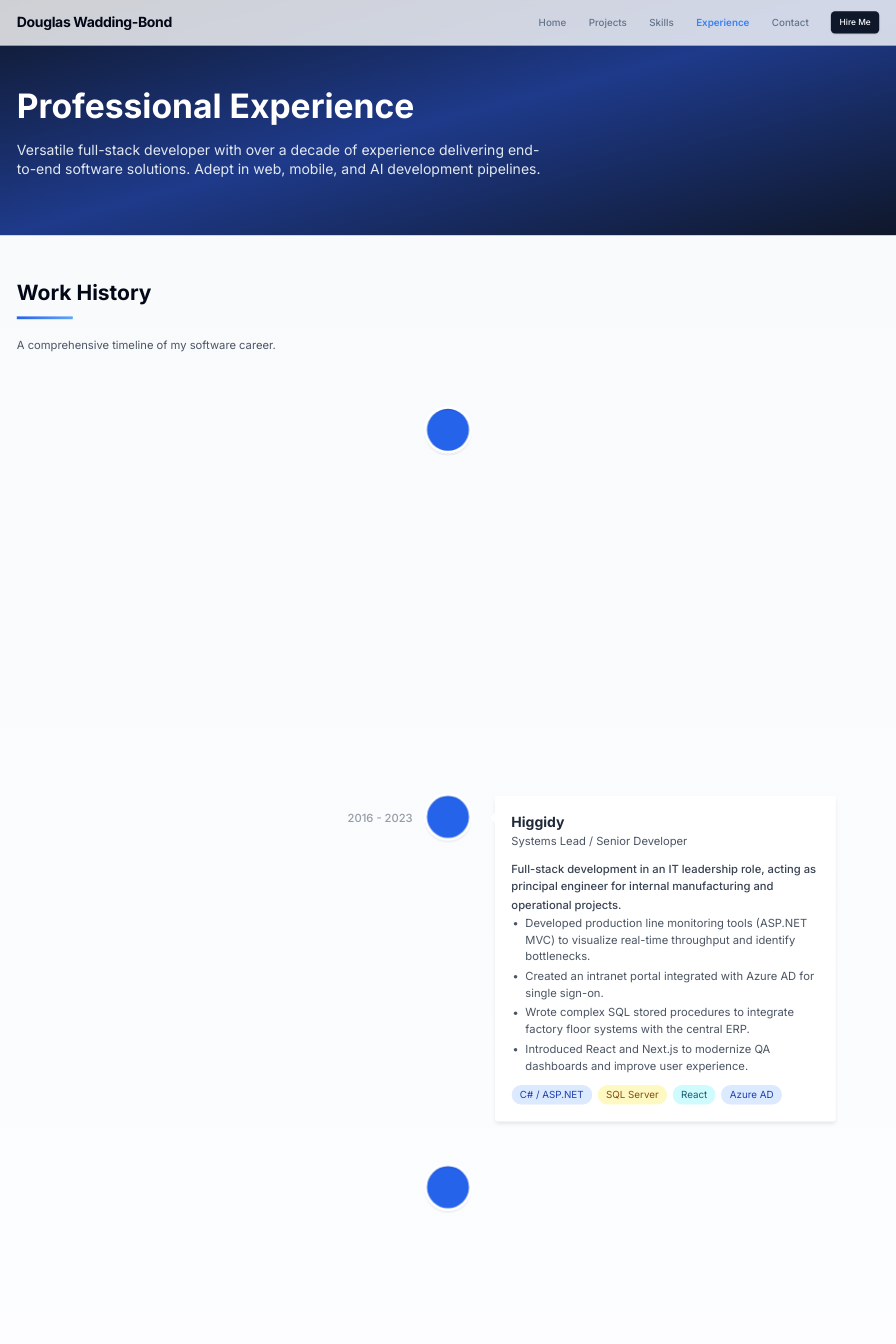
Repository: DaLexisX/WaddingBondWebsite
Page: /experience
These files come from the project's save history. The page is drawn as it stood at one moment and after the next save; the edit follows.
The browser window is 1280 px wide. The pictures show the part of the page from y = 0 to 1920 px (the page is 4797 px tall before and 4821 px after), at 70% of full size.
The project was rebuilt for these pictures with package versions that can differ from the ones it lists, and the page was loaded fresh each time. The framework's server and built-in components were replaced by stand-ins that run in the browser. Also part of the build but not shown: next.config.ts.

Above is the page before, as saved 2025-11-30 23:36:16.

### src/app/layout.tsx
import type { Metadata } from "next";
import { Inter } from "next/font/google";
import "./globals.css";
import { Navbar } from "@/components/Navbar";
import { Footer } from "@/components/Footer";
import { Toaster } from "@/components/ui/toaster";

const inter = Inter({ subsets: ["latin"] });

export const metadata: Metadata = {
  title: "Douglas Wadding-Bond | Senior Flutter & Mobile Developer",
  description: "Personal website of Douglas Wadding-Bond, showcasing skills, projects, and professional experience in Flutter and mobile development.",
};

export default function RootLayout({
  children,
}: Readonly<{
  children: React.ReactNode;
}>) {
  return (
    <html lang="en" className="scroll-smooth">
      <body className={inter.className}>
        <Navbar />
        <main className="min-h-screen">
            {children}
        </main>
        <Footer />
        <Toaster />
      </body>
    </html>
  );
}

### src/app/experience/page.tsx
'use client';

import React from 'react';
import Image from 'next/image';
import {
  VerticalTimeline,
  VerticalTimelineElement,
} from 'react-vertical-timeline-component';
import 'react-vertical-timeline-component/style.min.css';

export default function Experience() {
  return (
    <div className="min-h-screen">
      {/* Experience Hero Section */}
      <section className="relative bg-gradient-to-br from-slate-900 via-blue-900 to-slate-900 text-white pt-32 pb-20 overflow-hidden">
        <div className="absolute inset-0 bg-[url('/grid.svg')] bg-center opacity-20 [mask-image:linear-gradient(180deg,white,rgba(255,255,255,0))]" />
        <div className="container mx-auto px-6 relative z-10">
          <h1 className="text-4xl md:text-5xl font-bold mb-6">Professional Experience</h1>
          <p className="text-xl max-w-3xl text-slate-200">
            Versatile full-stack developer with over a decade of experience delivering end-to-end software solutions.
            Adept in web, mobile, and AI development pipelines.
          </p>
        </div>
      </section>

      {/* Timeline Section */}
      <section className="py-16 bg-gradient-to-b from-slate-50 to-white">
        <div className="container mx-auto px-6">
          <div className="flex flex-col md:flex-row mb-12">
            <div className="md:w-1/3 mb-8 md:mb-0">
              <h2 className="text-3xl font-bold mb-4">Work History</h2>
              <div className="w-20 h-1 bg-gradient-to-r from-blue-600 to-blue-400 mb-6"></div>
              <p className="text-gray-600 pr-6">
                A comprehensive timeline of my software career.
              </p>
            </div>
          </div>
          <VerticalTimeline lineColor="#2563eb">
            {/* CAFE:CONNECT */}
            <VerticalTimelineElement
              className="vertical-timeline-element--work"
              contentStyle={{ background: 'white', color: '#1f2937', boxShadow: '0 4px 6px -1px rgba(0, 0, 0, 0.1)' }}
              contentArrowStyle={{ borderRight: '7px solid white' }}
              date="2023 - Present"
              iconStyle={{ background: '#2563eb', color: '#fff' }}
            >
              <div>
                <h3 className="text-xl font-bold">CAFE:CONNECT</h3>
                <h4 className="text-gray-600 mb-4">Lead Developer & Architect</h4>
                <p className="text-gray-700 mb-4">
                  Designed and delivered a dual-purpose cloud platform for the hospitality sector, integrating a B2C digital loyalty app with a B2B Community Hub.
                </p>
                <ul className="list-disc pl-5 space-y-1 text-gray-600 mb-4">
                  <li>Engineered a high-availability hybrid architecture using Next.js on Google Cloud Run and Flutter for native mobile clients.</li>
                  <li>Built a serverless backend with Firebase, utilizing Firestore NoSQL data modeling and Atomic Transactions.</li>
                  <li>Implemented real-time data synchronization using Firestore Listeners and fan-out writes for notifications.</li>
                  <li>Established automated CI/CD pipelines using GitHub Actions for deployment to Cloud Run and GCP.</li>
                </ul>
                <div className="flex flex-wrap gap-2">
                  <span className="bg-blue-100 text-blue-800 px-3 py-1 rounded-full text-sm">Next.js 15</span>
                  <span className="bg-cyan-100 text-cyan-800 px-3 py-1 rounded-full text-sm">Flutter</span>
                  <span className="bg-orange-100 text-orange-800 px-3 py-1 rounded-full text-sm">Firebase</span>
                  <span className="bg-purple-100 text-purple-800 px-3 py-1 rounded-full text-sm">GCP</span>
                  <span className="bg-gray-100 text-gray-800 px-3 py-1 rounded-full text-sm">Docker</span>
                </div>
              </div>
            </VerticalTimelineElement>

            {/* Higgidy */}
            <VerticalTimelineElement
              className="vertical-timeline-element--work"
              contentStyle={{ background: 'white', color: '#1f2937', boxShadow: '0 4px 6px -1px rgba(0, 0, 0, 0.1)' }}
              contentArrowStyle={{ borderRight: '7px solid white' }}
              date="2016 - 2023"
              iconStyle={{ background: '#2563eb', color: '#fff' }}
            >
              <div>
                <h3 className="text-xl font-bold">Higgidy</h3>
                <h4 className="text-gray-600 mb-4">Systems Lead / Senior Developer</h4>
                <p className="text-gray-700 mb-4">
                  Full-stack development in an IT leadership role, acting as principal engineer for internal manufacturing and operational projects.
                </p>
                <ul className="list-disc pl-5 space-y-1 text-gray-600 mb-4">
                  <li>Developed production line monitoring tools (ASP.NET MVC) to visualize real-time throughput and identify bottlenecks.</li>
                  <li>Created an intranet portal integrated with Azure AD for single sign-on.</li>
                  <li>Wrote complex SQL stored procedures to integrate factory floor systems with the central ERP.</li>
                  <li>Introduced React and Next.js to modernize QA dashboards and improve user experience.</li>
                </ul>
                <div className="flex flex-wrap gap-2">
                  <span className="bg-blue-100 text-blue-800 px-3 py-1 rounded-full text-sm">C# / ASP.NET</span>
                  <span className="bg-yellow-100 text-yellow-800 px-3 py-1 rounded-full text-sm">SQL Server</span>
                  <span className="bg-cyan-100 text-cyan-800 px-3 py-1 rounded-full text-sm">React</span>
                  <span className="bg-blue-100 text-blue-800 px-3 py-1 rounded-full text-sm">Azure AD</span>
                </div>
              </div>
            </VerticalTimelineElement>

            {/* Loria Consulting */}
            <VerticalTimelineElement
              className="vertical-timeline-element--work"
              contentStyle={{ background: 'white', color: '#1f2937', boxShadow: '0 4px 6px -1px rgba(0, 0, 0, 0.1)' }}
              contentArrowStyle={{ borderRight: '7px solid white' }}
              date="2015 - 2016"
              iconStyle={{ background: '#2563eb', color: '#fff' }}
            >
              <div>
                <h3 className="text-xl font-bold">Loria Consulting</h3>
                <h4 className="text-gray-600 mb-4">Senior CRM Developer</h4>
                <p className="text-gray-700 mb-4">
                  Developed custom features and extensions for Sage CRM, translating complex client requirements into technical designs.
                </p>
                <ul className="list-disc pl-5 space-y-1 text-gray-600 mb-4">
                  <li>Built an inspection portal (jQuery/Bootstrap) allowing field engineers to input offline data and sync upon reconnection.</li>
                  <li>Automated data import/export by integrating Excel processing into CRM workflows using C# and VSTO.</li>
                  <li>Enhanced CRM reports and dashboards with custom SQL queries and ASP pages.</li>
                </ul>
                <div className="flex flex-wrap gap-2">
                  <span className="bg-green-100 text-green-800 px-3 py-1 rounded-full text-sm">Sage CRM</span>
                  <span className="bg-yellow-100 text-yellow-800 px-3 py-1 rounded-full text-sm">JavaScript</span>
                  <span className="bg-blue-100 text-blue-800 px-3 py-1 rounded-full text-sm">C#</span>
                  <span className="bg-gray-100 text-gray-800 px-3 py-1 rounded-full text-sm">VSTO</span>
                </div>
              </div>
            </VerticalTimelineElement>

            {/* Havas Helia */}
            <VerticalTimelineElement
              className="vertical-timeline-element--work"
              contentStyle={{ background: 'white', color: '#1f2937', boxShadow: '0 4px 6px -1px rgba(0, 0, 0, 0.1)' }}
              contentArrowStyle={{ borderRight: '7px solid white' }}
              date="2012 - 2015"
              iconStyle={{ background: '#2563eb', color: '#fff' }}
            >
              <div>
                <h3 className="text-xl font-bold">Havas Helia</h3>
                <h4 className="text-gray-600 mb-4">Senior Web Developer</h4>
                <p className="text-gray-700 mb-4">
                  Developed pixel-perfect web solutions for major enterprise clients like Dove, Nescafé, and EasyJet.
                </p>
                <ul className="list-disc pl-5 space-y-1 text-gray-600 mb-4">
                  <li>Built back-end systems for promotional campaigns using ASP.NET and MS SQL.</li>
                  <li>Implemented dynamic content for high-volume email campaigns reaching millions of customers.</li>
                  <li>Migrated legacy PHP/MySQL websites to ASP.NET platforms, improving security and stability.</li>
                  <li>Optimized performance to achieve sub-second load times despite heavy graphical content.</li>
                </ul>
                <div className="flex flex-wrap gap-2">
                  <span className="bg-orange-100 text-orange-800 px-3 py-1 rounded-full text-sm">HTML5/CSS3</span>
                  <span className="bg-blue-100 text-blue-800 px-3 py-1 rounded-full text-sm">ASP.NET</span>
                  <span className="bg-purple-100 text-purple-800 px-3 py-1 rounded-full text-sm">APIs</span>
                </div>
              </div>
            </VerticalTimelineElement>

            {/* SilentManager */}
            <VerticalTimelineElement
              className="vertical-timeline-element--work"
              contentStyle={{ background: 'white', color: '#1f2937', boxShadow: '0 4px 6px -1px rgba(0, 0, 0, 0.1)' }}
              contentArrowStyle={{ borderRight: '7px solid white' }}
              date="2009 - 2012"
              iconStyle={{ background: '#2563eb', color: '#fff' }}
            >
              <div>
                <h3 className="text-xl font-bold">SilentManager</h3>
                <h4 className="text-gray-600 mb-4">Senior Web Developer</h4>
                <p className="text-gray-700 mb-4">
                  Full-stack developer for interactive fantasy sports gaming platforms handling tens of thousands of concurrent users.
                </p>
                <ul className="list-disc pl-5 space-y-1 text-gray-600 mb-4">
                  <li>Programmed complex game logic and real-time leaderboards using C# and T-SQL.</li>
                  <li>Built and published a companion iOS app in Objective-C.</li>
                  <li>Implemented OAuth login flows (Facebook/Yahoo) to lower barriers to entry.</li>
                  <li>Developed internal admin tools for game operations and content moderation.</li>
                </ul>
                <div className="flex flex-wrap gap-2">
                  <span className="bg-blue-100 text-blue-800 px-3 py-1 rounded-full text-sm">Web Forms</span>
                  <span className="bg-gray-800 text-white px-3 py-1 rounded-full text-sm">iOS (Objective-C)</span>
                  <span className="bg-yellow-100 text-yellow-800 px-3 py-1 rounded-full text-sm">T-SQL</span>
                </div>
              </div>
            </VerticalTimelineElement>
          </VerticalTimeline>
        </div>
      </section>

      {/* Key Achievements Section */}
      <section className="py-16 bg-gradient-to-b from-white via-slate-50 to-slate-100">
        <div className="container mx-auto px-6">
          <div className="flex flex-col md:flex-row">
            <div className="md:w-1/3 mb-8 md:mb-0">
              <h2 className="text-3xl font-bold mb-4">Key Achievements</h2>
              <div className="w-20 h-1 bg-gradient-to-r from-blue-600 to-blue-400 mb-6"></div>
            </div>
            <div className="md:w-2/3">
              <div className="grid grid-cols-1 md:grid-cols-2 gap-8">

                <div className="bg-white p-6 rounded-xl shadow-lg border border-slate-200/50 hover:shadow-xl transition-shadow duration-300">
                  <div className="w-12 h-12 bg-blue-100 rounded-full flex items-center justify-center mb-4">
                    <svg xmlns="http://www.w3.org/2000/svg" className="h-6 w-6 text-blue-600" fill="none" viewBox="0 0 24 24" stroke="currentColor">
                      <path strokeLinecap="round" strokeLinejoin="round" strokeWidth={2} d="M19.428 15.428a2 2 0 00-1.022-.547l-2.384-.477a6 6 0 00-3.86.517l-.318.158a6 6 0 01-3.86.517L6.05 15.21a2 2 0 00-1.806.547M8 4h8l-1 1v5.172a2 2 0 00.586 1.414l5 5c1.26 1.26.367 3.414-1.415 3.414H4.828c-1.782 0-2.674-2.154-1.414-3.414l5-5A2 2 0 009 10.172V5L8 4z" />
                    </svg>
                  </div>
                  <h3 className="text-xl font-bold mb-2">Platform Launch</h3>
                  <p className="text-gray-600">
                    Successfully delivered the fully functional CAFE:CONNECT platform into production, leveraging modern serverless architecture and cross-platform mobile development.
                  </p>
                </div>

                <div className="bg-white p-6 rounded-xl shadow-lg border border-slate-200/50 hover:shadow-xl transition-shadow duration-300">
                  <div className="w-12 h-12 bg-green-100 rounded-full flex items-center justify-center mb-4">
                    <svg xmlns="http://www.w3.org/2000/svg" className="h-6 w-6 text-green-600" fill="none" viewBox="0 0 24 24" stroke="currentColor">
                      <path strokeLinecap="round" strokeLinejoin="round" strokeWidth={2} d="M13 10V3L4 14h7v7l9-11h-7z" />
                    </svg>
                  </div>
                  <h3 className="text-xl font-bold mb-2">Performance Optimization</h3>
                  <p className="text-gray-600">
                    Optimized inventory sync processes at Higgidy, cutting run time by 50%. Achieved sub-second load times for heavy graphical campaign sites at Havas Helia.
                  </p>
                </div>

                <div className="bg-white p-6 rounded-xl shadow-lg border border-slate-200/50 hover:shadow-xl transition-shadow duration-300">
                  <div className="w-12 h-12 bg-purple-100 rounded-full flex items-center justify-center mb-4">
                    <svg xmlns="http://www.w3.org/2000/svg" className="h-6 w-6 text-purple-600" fill="none" viewBox="0 0 24 24" stroke="currentColor">
                      <path strokeLinecap="round" strokeLinejoin="round" strokeWidth={2} d="M12 18h.01M8 21h8a2 2 0 002-2V5a2 2 0 00-2-2H8a2 2 0 00-2 2v14a2 2 0 002 2z" />
                    </svg>
                  </div>
                  <h3 className="text-xl font-bold mb-2">Mobile Development</h3>
                  <p className="text-gray-600">
                    Published native applications for various projects, ranging from Fantasy Sports (iOS/Objective-C) to hospitality rewards (Flutter/Dart).
                  </p>
                </div>

                <div className="bg-white p-6 rounded-xl shadow-lg border border-slate-200/50 hover:shadow-xl transition-shadow duration-300">
                  <div className="w-12 h-12 bg-orange-100 rounded-full flex items-center justify-center mb-4">
                    <svg xmlns="http://www.w3.org/2000/svg" className="h-6 w-6 text-orange-600" fill="none" viewBox="0 0 24 24" stroke="currentColor">
                      <path strokeLinecap="round" strokeLinejoin="round" strokeWidth={2} d="M9 12l2 2 4-4m5.618-4.016A11.955 11.955 0 0112 2.944a11.955 11.955 0 01-8.618 3.04A12.02 12.02 0 003 9c0 5.591 3.824 10.29 9 11.622 5.176-1.332 9-6.03 9-11.622 0-1.042-.133-2.052-.382-3.016z" />
                    </svg>
                  </div>
                  <h3 className="text-xl font-bold mb-2">Process Automation</h3>
                  <p className="text-gray-600">
                    Developed scheduled jobs and automated reporting tools that saved hours of manual work weekly for manufacturing and administrative teams.
                  </p>
                </div>
              </div>
            </div>
          </div>
        </div>
      </section>

      {/* Education & Certifications Section (Replaced Testimonials) */}
      <section className="py-16 bg-gradient-to-b from-slate-50 to-white">
        <div className="container mx-auto px-6">
          <div className="flex flex-col md:flex-row">
            <div className="md:w-1/3 mb-8 md:mb-0">
              <h2 className="text-3xl font-bold mb-4">Education & Certifications</h2>
              <div className="w-20 h-1 bg-gradient-to-r from-blue-600 to-blue-400 mb-6"></div>
            </div>
            <div className="md:w-2/3">
              <div className="space-y-6">

                <div className="bg-white p-6 rounded-xl shadow-lg border border-slate-200/50 hover:shadow-xl transition-shadow duration-300 flex items-start">
                  <div className="w-12 h-12 bg-blue-100 rounded-full flex-shrink-0 flex items-center justify-center mr-4 overflow-hidden">
                     <Image
                       src="/images/fip_logo.png"
                       alt="FIP Logo"
                       width={48}
                       height={48}
                       className="object-contain"
                     />
                  </div>
                  <div>
                    <h3 className="font-bold text-lg">Fellow of Information Privacy (FIP)</h3>
                    <p className="text-gray-600">IAPP</p>
                    <p className="text-gray-500 text-sm mt-1">Recognized for comprehensive knowledge in privacy laws and data protection.</p>
                  </div>
                </div>

                <div className="bg-white p-6 rounded-xl shadow-lg border border-slate-200/50 hover:shadow-xl transition-shadow duration-300 flex items-start">
                   <div className="w-12 h-12 bg-gray-100 rounded-full flex-shrink-0 flex items-center justify-center mr-4 overflow-hidden">
                     <Image
                       src="/images/cng.png"
                       alt="CNG Logo"
                       width={48}
                       height={48}
                       className="object-contain"
                     />
                  </div>
                  <div>
                    <h3 className="font-bold text-lg">BTEC Level 3 Diploma</h3>
                    <p className="text-gray-600">Aeronautical Engineering & General Engineering</p>
                  </div>
                </div>

                <div className="bg-white p-6 rounded-xl shadow-lg border border-slate-200/50 hover:shadow-xl transition-shadow duration-300 flex items-start">
                  <div className="w-12 h-12 bg-gray-100 rounded-full flex-shrink-0 flex items-center justify-center mr-4 overflow-hidden">
                     <Image
                       src="/images/cng.png"
                       alt="CNG Logo"
                       width={48}
                       height={48}
                       className="object-contain"
                     />
                  </div>
                  <div>
                    <h3 className="font-bold text-lg">NVQ Level 3</h3>
                    <p className="text-gray-600">Aeronautical Engineering</p>
                  </div>
                </div>

              </div>
            </div>
          </div>
        </div>
      </section>

      {/* Contact CTA Section */}
      <section className="py-16 relative bg-gradient-to-br from-blue-600 via-blue-700 to-slate-900 text-white overflow-hidden">
        <div className="absolute inset-0 bg-[url('/grid.svg')] bg-center opacity-10 [mask-image:linear-gradient(180deg,white,rgba(255,255,255,0))]" />
        <div className="container mx-auto px-6 text-center relative z-10">
          <h2 className="text-3xl font-bold mb-4">Ready to collaborate?</h2>
          <p className="text-xl mb-8 max-w-2xl mx-auto text-blue-100">
            I'm currently available for new opportunities. Let's discuss how my full-stack expertise can benefit your team.
          </p>
          <a href="mailto:doug@wadding.bond" className="bg-white text-blue-600 px-8 py-4 rounded-full font-semibold text-lg hover:bg-blue-50 shadow-xl hover:shadow-2xl transition-all duration-300 inline-block">
            Contact Me
          </a>
        </div>
      </section>
    </div>
  );
}

### src/components/ui/toaster.tsx
"use client"

import { useToast } from "@/hooks/use-toast"
import {
  Toast,
  ToastClose,
  ToastDescription,
  ToastProvider,
  ToastTitle,
  ToastViewport,
} from "@/components/ui/toast"

export function Toaster() {
  const { toasts } = useToast()

  return (
    <ToastProvider>
      {toasts.map(function ({ id, title, description, action, ...props }) {
        return (
          <Toast key={id} {...props}>
            <div className="grid gap-1">
              {title && <ToastTitle>{title}</ToastTitle>}
              {description && (
                <ToastDescription>{description}</ToastDescription>
              )}
            </div>
            {action}
            <ToastClose />
          </Toast>
        )
      })}
      <ToastViewport />
    </ToastProvider>
  )
}

Loaded but not shown: src/app/globals.css (common file); src/lib/utils.ts (common file); src/hooks/use-toast.ts (common file); tailwind.config.ts (common file); src/components/ui/toast.tsx (129 lines, source omitted); src/components/ui/sheet.tsx (140 lines, source omitted); src/components/Navbar.tsx (121 lines, source omitted); src/components/Footer.tsx (50 lines, source omitted); src/components/ui/button.tsx (57 lines, source omitted)

After the next save:
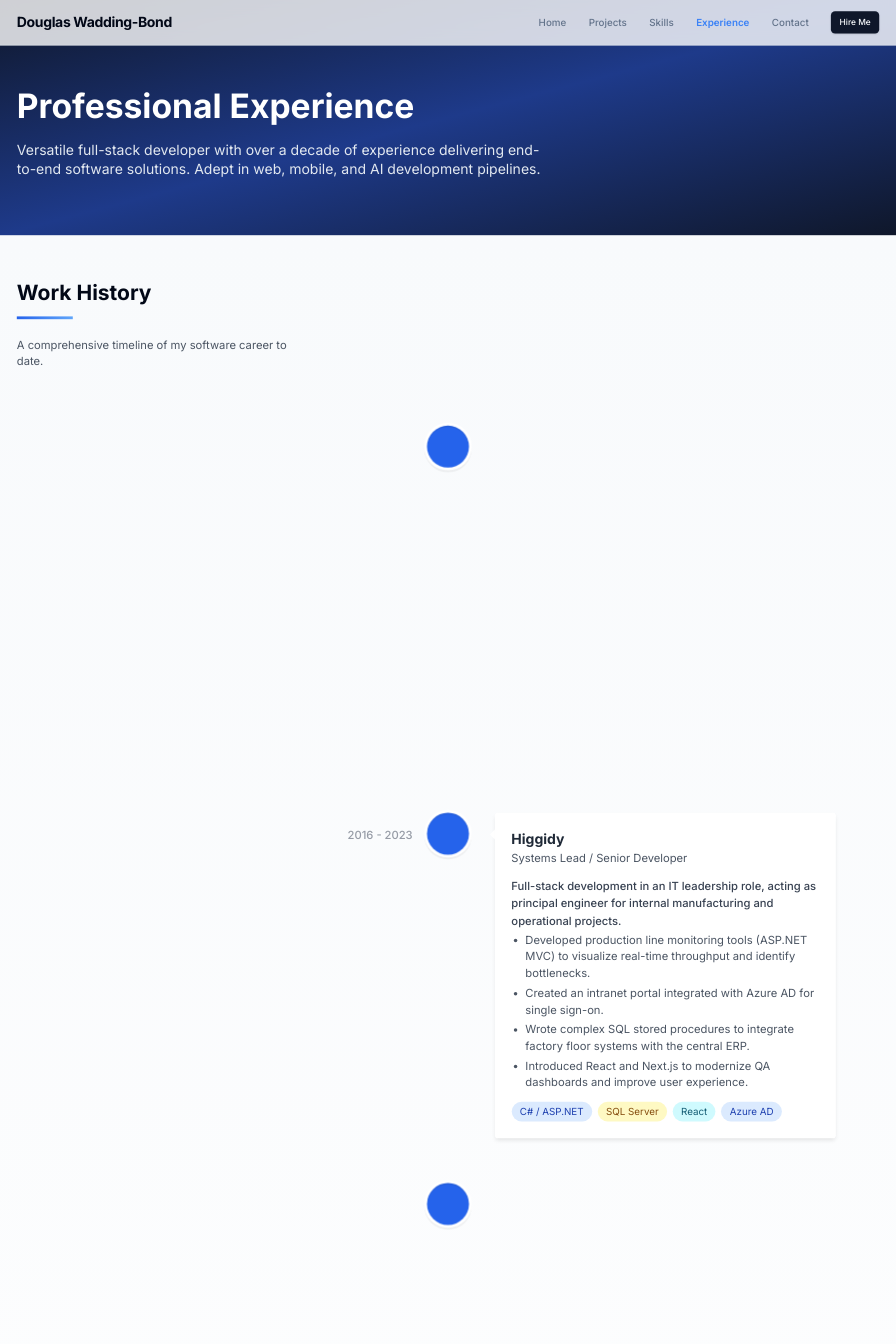
Saved 68 s later.
--- a/src/app/experience/page.tsx
+++ b/src/app/experience/page.tsx
@@ -31,7 +31,7 @@
               <h2 className="text-3xl font-bold mb-4">Work History</h2>
               <div className="w-20 h-1 bg-gradient-to-r from-blue-600 to-blue-400 mb-6"></div>
               <p className="text-gray-600 pr-6">
-                A comprehensive timeline of my software career.
+                A comprehensive timeline of my software career to date.
               </p>
             </div>
           </div>
